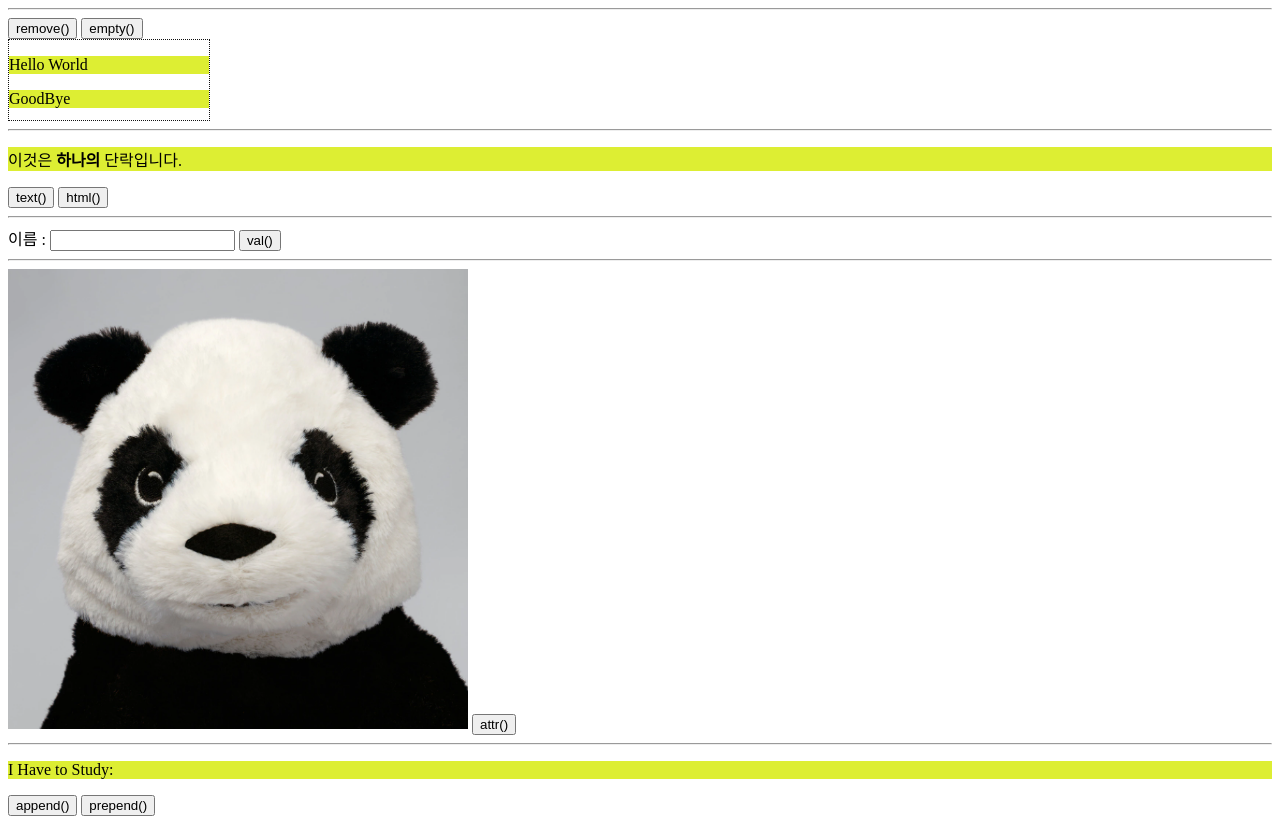
Repository: yujisu01/2021_504_java
Page: javascript_jquery/WebContent/jQuery_ex02.html
An editor plug-in stored every save of this project. The page is shown before and after the next save, followed by the edit.
The browser window is 1280 px wide. The pictures show the whole page.

Above is the page before, as saved 2021-04-15 05:33:09.

After the next save:
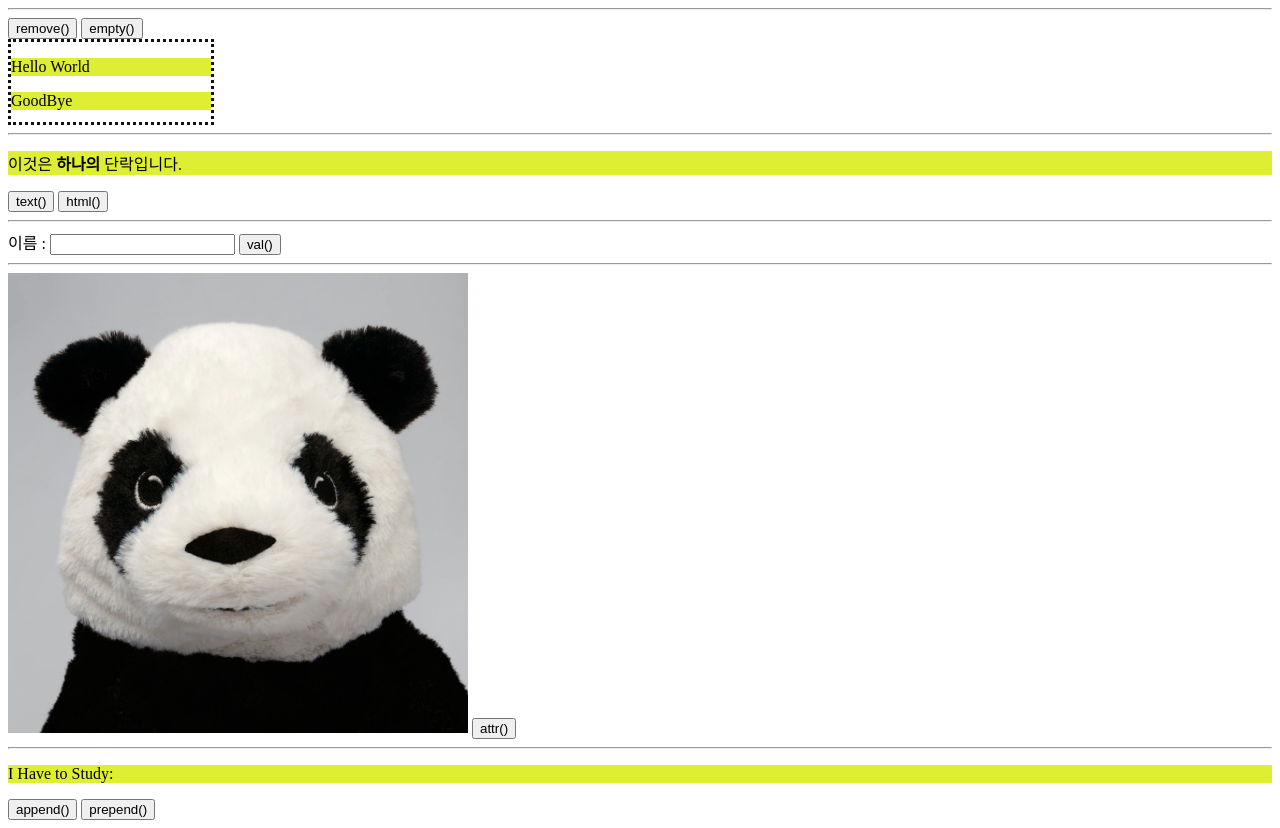
Saved 9 s later.
--- a/javascript_jquery/WebContent/jQuery_ex02.html
+++ b/javascript_jquery/WebContent/jQuery_ex02.html
@@ -10,7 +10,7 @@
 	.container{
 		height: 80px;
 		width: 200px;
-		border:1px dotted #111111;
+		border:3px dotted #111111;
 	}
 </style>
 <script type="text/javascript" src="js/jQuery3.x/jquery-3.6.0.js"></script>
